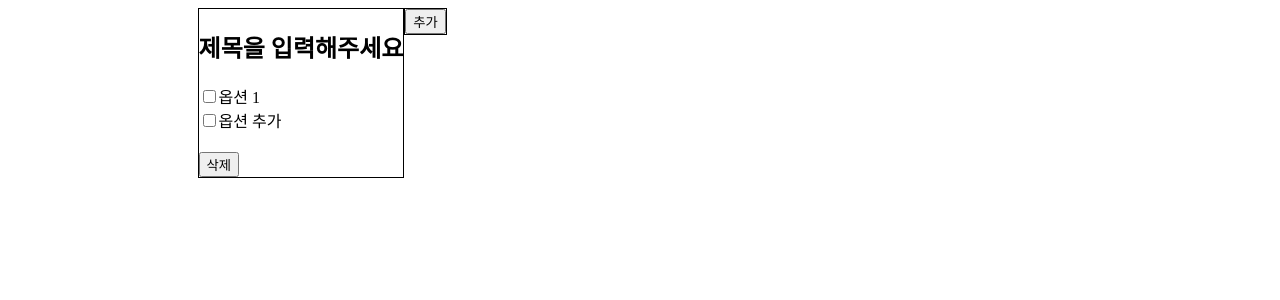
Repository: binigy97/VoteStie
Page: voteWeb/src/main/resources/static/index.html
An editor plug-in stored every save of this project. The page is shown before and after the next save, followed by the edit.
The browser window is 1280 px wide. The pictures show the whole page.

Above is the page before, as saved 2022-02-23 22:06:52.

After the next save:
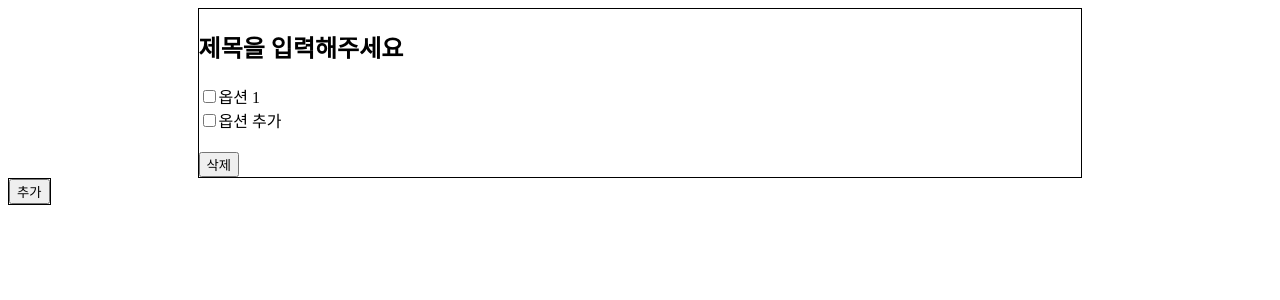
Saved 27 s later.
--- a/voteWeb/src/main/resources/static/index.html
+++ b/voteWeb/src/main/resources/static/index.html
@@ -12,7 +12,7 @@ section {
 article {
 	border: 1px solid black;
 }
-article:last-child {
+body > article {
 	float: left;
 	/* position: absolute;
 	top: 20%; */
